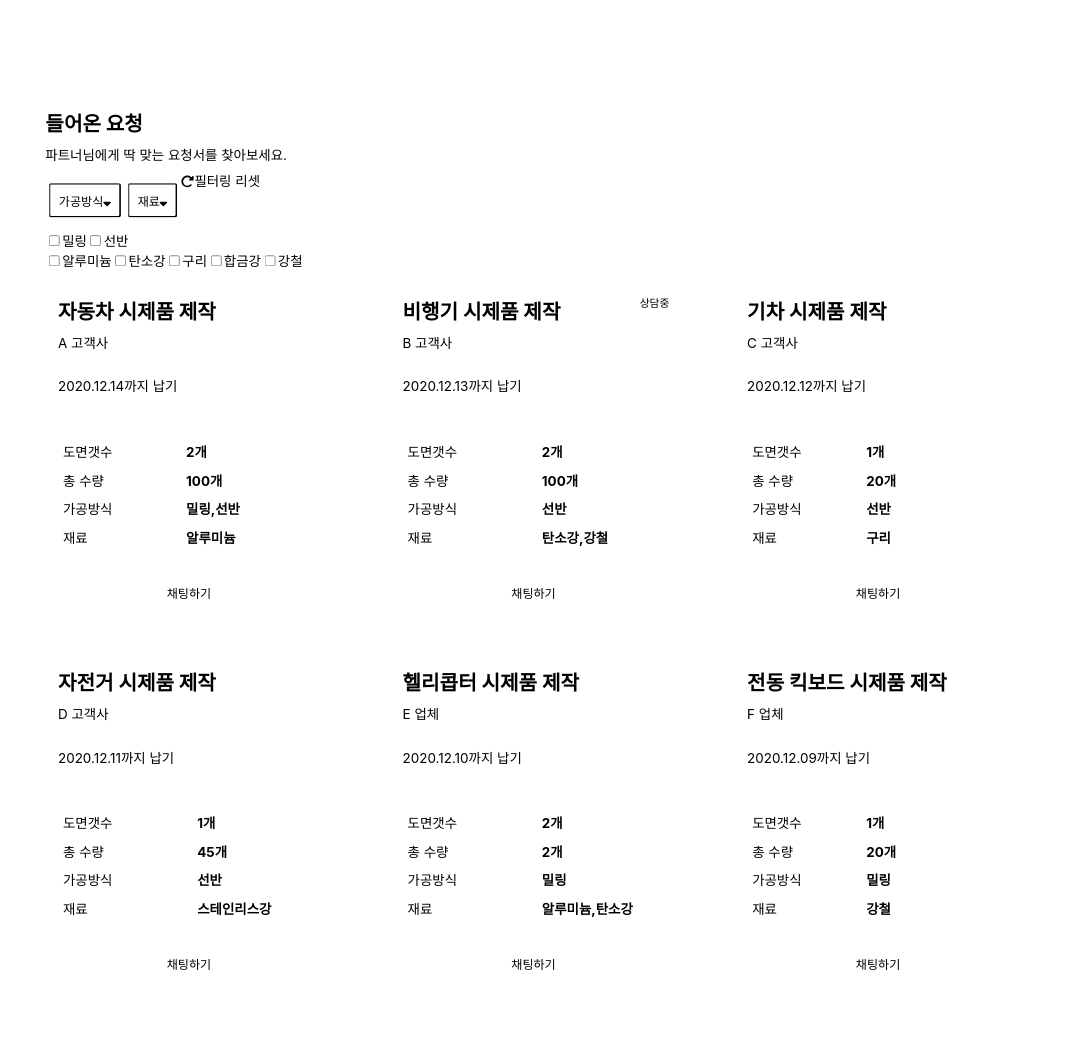
Repository: seoulsaram/capa
Page: /
These files come from the project's save history. The page is drawn as it stood at one moment and after the next save; the edit follows.
The browser window is 1280 px wide. The pictures show the whole page, at 84% of full size.
The project was rebuilt for these pictures with package versions that can differ from the ones it lists, and the page was loaded fresh each time. Requests to the local data server were answered from the project's data file. Also part of the build but not shown: src/App.css.

Above is the page before, as saved 2021-03-07 01:06:27.

After the next save:
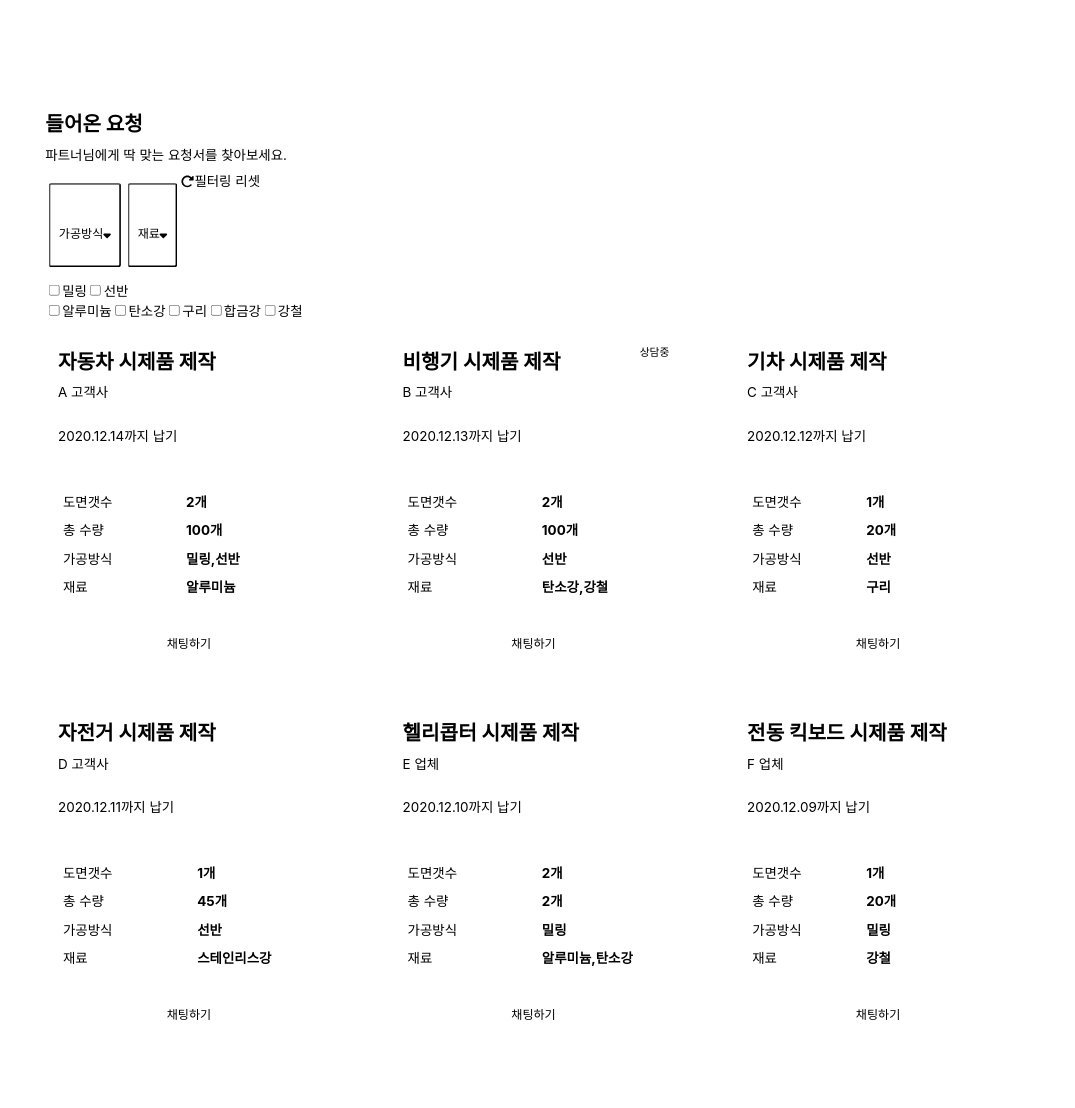
Saved 9 s later.
--- a/src/components/filter/filter.module.css
+++ b/src/components/filter/filter.module.css
@@ -13,7 +13,7 @@
   font-size: 0.9rem;
   cursor: pointer;
   text-align: center;
-  height: 100px
+  height: 100px;
   line-height: 100px;
 }
 
